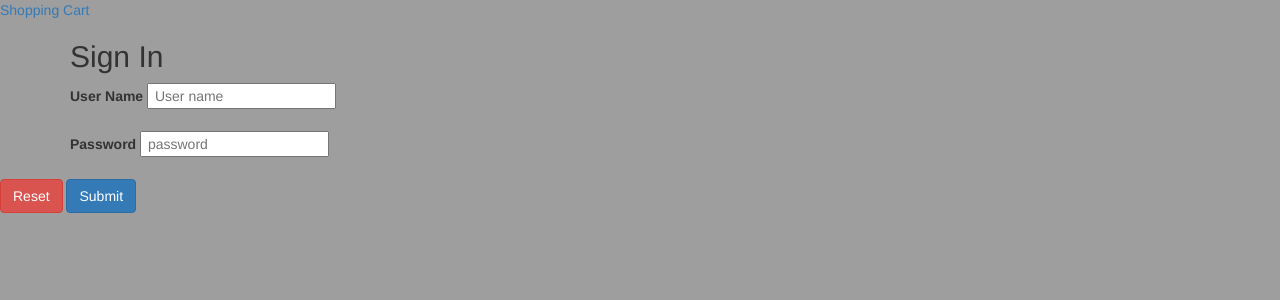
Repository: AravindMarshall/ShoppingCart
Page: http://localhost/Phineas/Login.jsp
The author's editor kept a copy of each file at every save. The page is drawn from the files as they stood at one save, then again after the next save.
The browser window is 1280 px wide. The pictures show the whole page.
The page is served by Tomcat 9.

Above is the page before, as saved 2016-06-10 17:28:33.

After the next save:
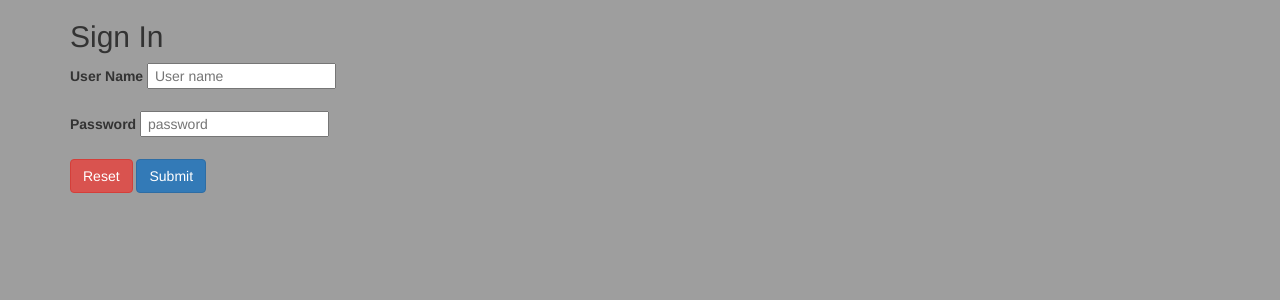
Saved 12 min 21 s later.
--- a/NIIT Shopping Cart/Phineas/WebContent/Login.jsp
+++ b/NIIT Shopping Cart/Phineas/WebContent/Login.jsp
@@ -11,28 +11,22 @@
 <title>ShoppingCart Login</title>
 </head>
 <body>
- <a href="home.jsp">Shopping Cart</a>
 
 <form action="LoginServlet" method ="post">
 
 <div class="container">
   <body background="F:\Sample Car pictures\Car1.jpg">
       </div>
-    </div>
 
 <div class= "Login">
 <div class="container">
   <h2>Sign In </h2>
   <label for "Name">User Name </label>
-<input type = "text" class="userId" name = "userId" placeholder=" User name "><br><br>
-<label for "Pass">Password</label>
-<input type = "password" class="password" name = "password" placeholder=" password "><br><br>
-</div>
+	<input type = "text" class="userId" name = "userId" placeholder=" User name "><br><br>
+	<label for "Pass">Password</label>
+	<input type = "password" class="password" name = "password" placeholder=" password "><br><br>
 <button type="Reset" class="btn btn-danger">Reset</button>
 <button type="submit" class="btn btn-primary">Submit</button>
-
-</div>
-</div>
 </div>
 </form>
 
